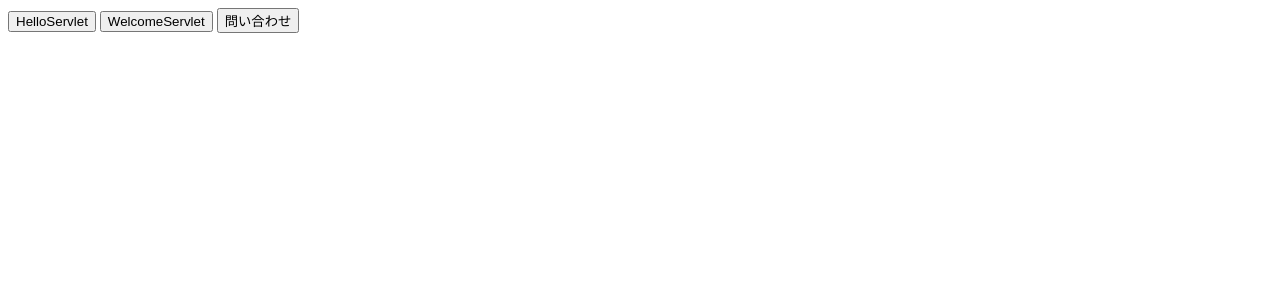
Repository: kazuki000/test
Page: http://localhost/HelloServlet/
An editor plug-in stored every save of this project. The page is shown before and after the next save, followed by the edit.
The browser window is 1280 px wide. The pictures show the whole page.
The page is served by Tomcat 9. Other server files are loaded and not shown.

Above is the page before, as saved 2019-03-09 10:42:29.

### HelloServlet/WebContent/index.jsp
<%@ page language="java" contentType="text/html; charset=UTF-8"
pageEncoding="UTF-8"%>
<!DOCTYPE html>
<html>
<head>
<meta charset="UTF-8">
<title>HelloServlet</title>
</head>
<body>
<input type="button" value="HelloServlet" onClick="location.href='HelloServlet'"> <input type="button" value="WelcomeServlet" onClick="location.href='welcome.jsp'"> <input type="button" value="問い合わせ" onClick="location.href='inquiry.jsp'">
</body>
</html>

After the next save:
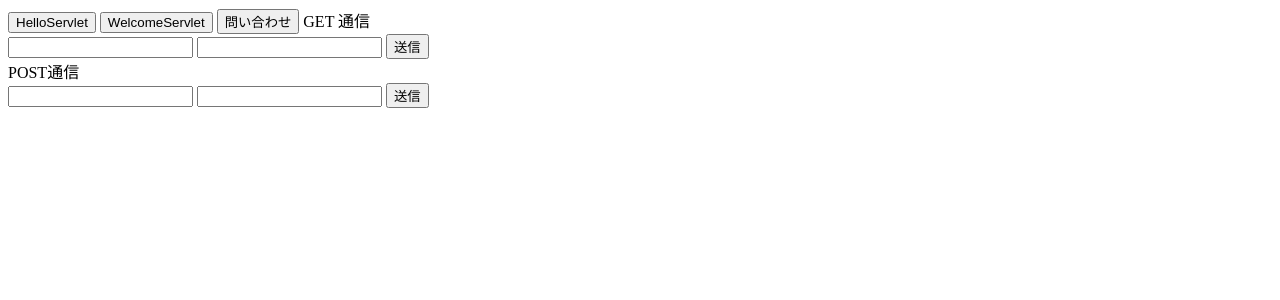
Saved 14 min 55 s later.
--- a/HelloServlet/WebContent/index.jsp
+++ b/HelloServlet/WebContent/index.jsp
@@ -7,6 +7,23 @@
 <title>HelloServlet</title>
 </head>
 <body>
-<input type="button" value="HelloServlet" onClick="location.href='HelloServlet'"> <input type="button" value="WelcomeServlet" onClick="location.href='welcome.jsp'"> <input type="button" value="問い合わせ" onClick="location.href='inquiry.jsp'">
+<input type="button" value="HelloServlet" onClick="location.href='HelloServlet'">
+<input type="button" value="WelcomeServlet" onClick="location.href='welcome.jsp'">
+<input type="button" value="問い合わせ" onClick="location.href='inquiry.jsp'">
+
+GET 通信
+<form method="get" action="TestServret">
+<input type="text" name="username">
+<input type="password" name="password">
+<input type="submit" value="送信">
+</form>
+
+POST通信
+<form method="post" action="TestServlet">
+<input type="text" name="username">
+<input type="password" name="password">
+<input type="submit" value="送信">
+</form>
+
 </body>
 </html>
